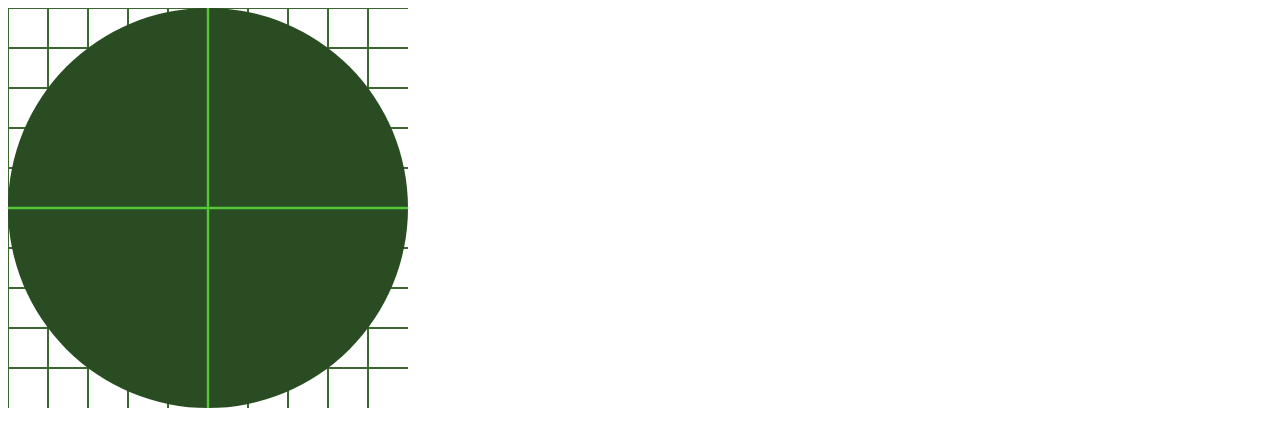
Repository: pedro-mancano/ProjetoCDM204
Page: scripts/radar.html
These files come from the project's save history. The page is drawn as it stood at one moment and after the next save; the edit follows.
The browser window is 1280 px wide. The pictures show the whole page.

Above is the page before, as saved 2024-11-27 08:09:01.

After the next save:
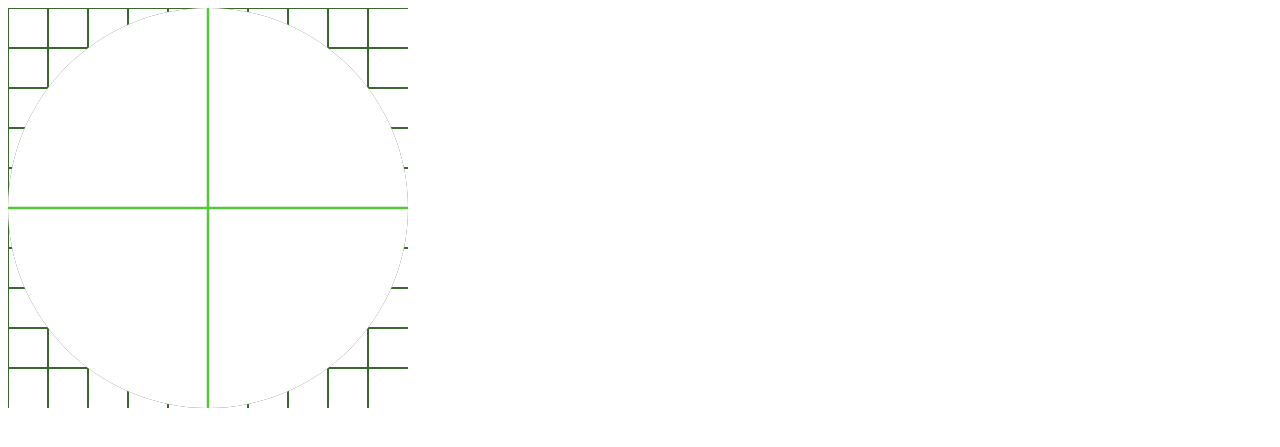
Saved 68 s later.
--- a/scripts/radar.js
+++ b/scripts/radar.js
@@ -29,6 +29,15 @@ function draw(elapsed) {
   ctx.beginPath();
   ctx.arc(canvas.width / 2, canvas.height / 2, 200, 0, 2 * Math.PI);
   ctx.fill();
+
+  // Clear outside of the circle
+  ctx.globalCompositeOperation = 'destination-out';
+  ctx.beginPath();
+  ctx.arc(canvas.width / 2, canvas.height / 2, 200, 0, 2 * Math.PI);
+  ctx.fill();
+  ctx.globalCompositeOperation = 'source-over';
+
+
   // Draw grid lines (4 lines, 90 degrees apart)
   ctx.strokeStyle = '#54c638';
   ctx.lineWidth = 2.5;
